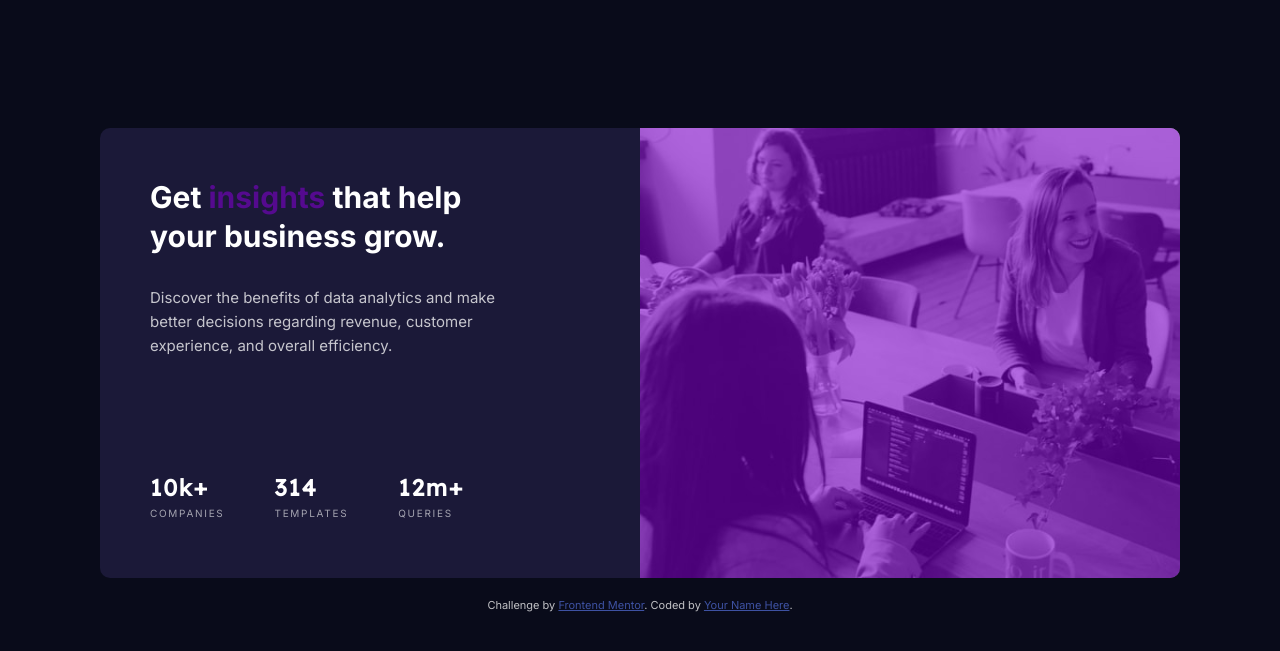
Repository: DejV44/stats-preview-card-component-main
Page: index.html
The author's editor kept a copy of each file at every save. The page is drawn from the files as they stood at one save, then again after the next save.
The browser window is 1280 px wide. The pictures show the whole page.
The style sheet was rebuilt from its Sass, Less or Tailwind sources for each picture, by a compiler version that may differ from the author's.

Above is the page before, as saved 2021-07-10 21:29:28.

### index.html
<!DOCTYPE html>
<html lang="en">
<head>
  <meta charset="UTF-8">
  <meta name="viewport" content="width=device-width, initial-scale=1.0"> <!-- displays site properly based on user's device -->

  <link rel="icon" type="image/png" sizes="32x32" href="./images/favicon-32x32.png">
  <link rel="stylesheet" href="/css/style.css">


  <title>Frontend Mentor | Stats preview card component</title>
</head>
<body>
  <div class="container">
    <div class="picture">
      <div class="overlay"></div>
    </div>
    <div class="card">
      <h1>Get <span>insights</span> that help your business grow.</h1>

      <p>Discover the benefits of data analytics and make better decisions regarding revenue, customer
      experience, and overall efficiency.</p>

      <ul>
        <li class="first"><span>10k+</span> companies</li>
        <li><span>314</span> templates</li>
        <li><span>12m+</span> queries</li>
      </ul>
    </div>
  </div>


  <div class="attribution">
    Challenge by <a href="https://www.frontendmentor.io?ref=challenge" target="_blank">Frontend Mentor</a>.
    Coded by <a href="#">Your Name Here</a>.
  </div>
</body>
</html>

### css/style.scss
$mainBackground: hsl(233, 47%, 7%);
$cardBackground: hsl(244, 38%, 16%);
$accent: hsla(277, 100%, 40%, 0.589);

$mainHeading: hsl(0, 0%, 100%);
$mainParagraph: hsla(0, 0%, 100%, 0.75);
$statHeadings: hsla(0, 0%, 100%, 0.6);

@import url("https://fonts.googleapis.com/css2?family=Inter:wght@400;700&display=swap");

@import url("https://fonts.googleapis.com/css2?family=Lexend+Deca&display=swap");

* {
  margin: 0;
  padding: 0;
  box-sizing: border-box;
}

body {
  font-family: "Inter", sans-serif;
  font-size: 15px;
  background-color: $mainBackground;

  .container {
    margin: 20px 30px;
    border-radius: 10px;
    .picture {

      border-radius: 10px 10px 0 0;
      background: url("/images/image-header-mobile.jpg");
      background-position: center;
      background-size: cover;
      background-repeat: no-repeat;
      height: 300px;

      .overlay {
        background-color: $accent;
        background-size: cover;
        height: 300px;
      }
    }

    .card {
        border-radius: 0 0 10px 10px;
        background: $cardBackground;
        text-align: center;

        h1 {
            margin: 0 auto;
            padding: 30px 25px;
            color: $mainHeading;
            text-align: center;
            line-height: 1.3;
            span {
                color: $accent;
                line-height: 1.3;
            }
        }
        p {
          color: $mainParagraph;
          padding: 0 20px 20px 20px;
          margin-bottom: 15px;
          line-height: 24px;
        }

        ul {
          padding-bottom: 15px;
          font-size: 10px;
          letter-spacing: 1.7px;
          color: $statHeadings;
          li {
            list-style: none;
            text-transform: uppercase;
            padding: 7px 0;


            span {
              padding-bottom: 5px;
              display: block;
              text-transform: lowercase;
              font-family: "lexend Deca" ,sans-serif;
              font-weight: 700;
              font-size: 23px;
              color: $mainHeading;
            }
          }
        }
    }
  }

  .attribution {
    font-size: 11px;
    text-align: center;
    color: $mainParagraph;

    a {
      color: hsl(228, 45%, 44%);
    }
  }
}

@media (min-width:768px) {
  body {
    height: 100vh;
    display: flex;
    flex-direction: column;
    justify-content: center;


    .container {
      display: flex;
      flex-direction: row-reverse;
      justify-content: center;
      flex-wrap: nowrap;

      .picture {
        flex-grow: 0;
        align-content: flex-end;
        width: 540px;
        height: 450px;
        border-radius: 0;
        border-bottom-right-radius: 10px;
        border-top-right-radius: 10px;

        .overlay {
          width: 540px;
          height: 450px;
          border-radius: 0;
          border-bottom-right-radius: 10px;
          border-top-right-radius: 10px;
        }

      }

      .card {

        max-height: 450px;
        width: 540px;
        border-radius: 0;
        border-bottom-left-radius: 10px;
        border-top-left-radius: 10px;
        text-align: left;

        h1, p {
          text-align: left;
          max-width: 540px;
          margin-left: 50px;
          margin-right: 100px;
          padding-left: 0;
        }

        h1 {
          padding-top: 50px;
        }

        ul {
          display: inline-flex;
          text-align: left;

          li {
            padding: 80px 0px 0 50px;

            .first {
              padding-left: 20px;
            }
          }
        }

      }
    }
  }
}

After the next save:
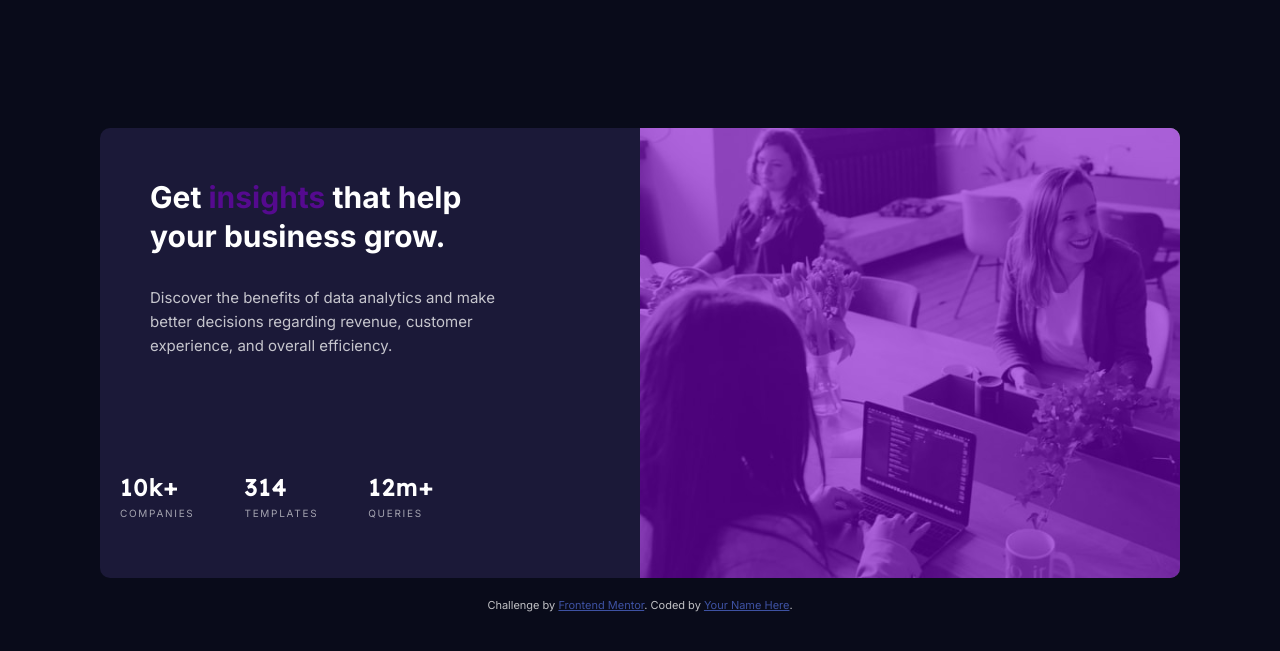
Saved 40 s later.
--- a/css/style.scss
+++ b/css/style.scss
@@ -157,13 +157,13 @@ body {
           display: inline-flex;
           text-align: left;
 
+
           li {
             padding: 80px 0px 0 50px;
-
-            .first {
+          }
+           .first {
               padding-left: 20px;
             }
-          }
         }
 
       }
